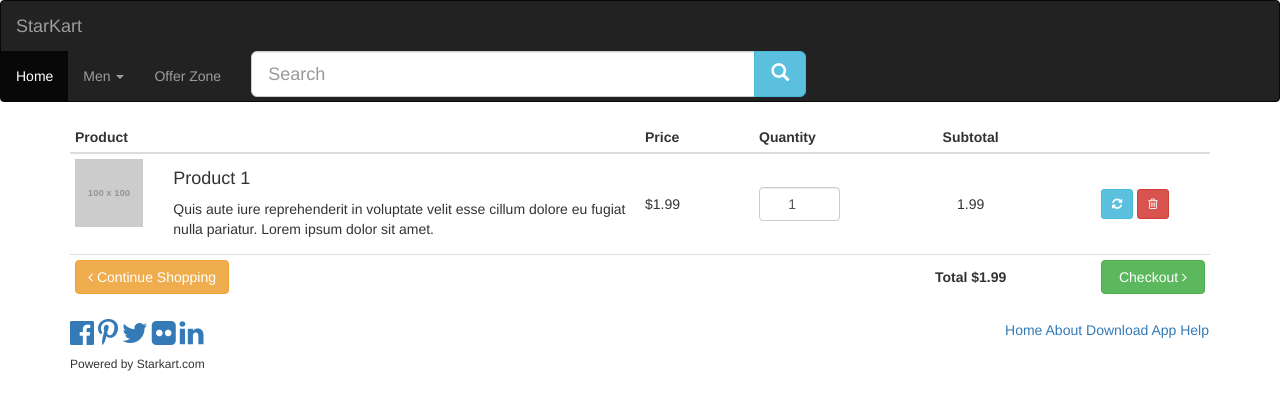
Repository: ravisudharsan/StarKart
Page: http://localhost/StarkartFrontend/WEB-INF/views/checkout.jsp
These files come from the project's save history. The page is drawn as it stood at one moment and after the next save; the edit follows.
The browser window is 1280 px wide. The pictures show the whole page.
Some web libraries are served in a nearby version. The page is served by Tomcat 9. Nobody is signed in. The template is opened directly, without the code that normally fills it, so the values that code supplies are empty.

Above is the page before, as saved 2016-10-26 03:46:20.

After the next save:
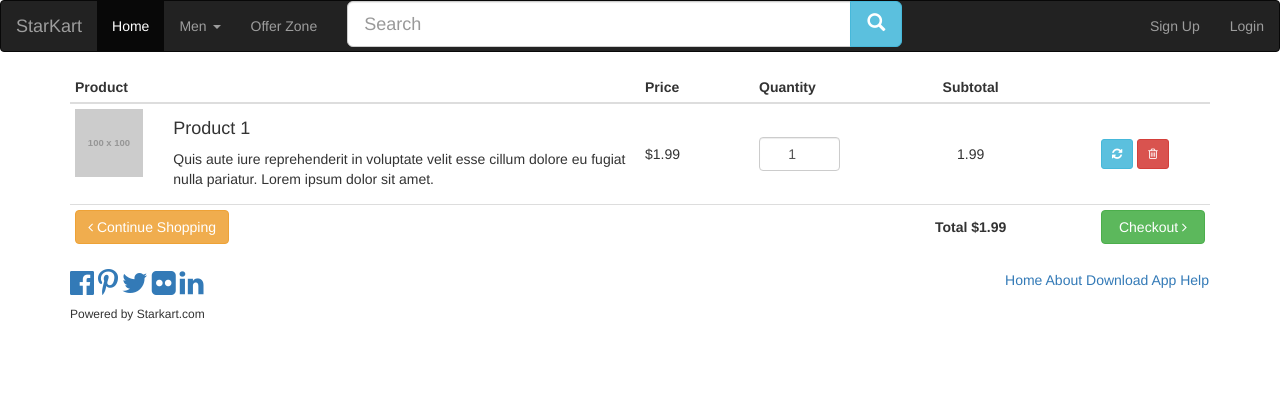
Saved 7 min 24 s later.
--- a/StarkartFrontend/src/main/webapp/WEB-INF/views/header.jsp
+++ b/StarkartFrontend/src/main/webapp/WEB-INF/views/header.jsp
@@ -15,38 +15,24 @@
   <div class="container-fluid">
     <div class="navbar-header">
       <a class="navbar-brand" href="#">StarKart</a>
-    </div></div>
+    </div>
     <ul class="nav navbar-nav">
       <li class="active"><a href="#">Home</a></li>
-<style>
-.dropdown {
-    position: relative;
-    display: inline-block;
-}
-
-.dropdown-content {
-    display: none;
-    position: absolute;
-    background-color: #f9f9f9;
-    min-width: 160px;
-    box-shadow: 0px 8px 16px 0px rgba(0,0,0,0.2);
-    padding: 12px 16px;
-}
-
-.dropdown:hover .dropdown-content {
-    display: block;
-}
-</style>
-      <li class="dropdown"><a class="dropdown-toggle" data-toggle="dropdown" href="#">Men <span class="caret"></span></a></li>
+      <li class="dropdown"><a class="dropdown-toggle" data-toggle="dropdown" href="#">Men <span class="caret"></span></a>
         <ul class="dropdown-menu">
           <li><a href="#">Blazzers</a></li>
           <li><a href="#">T-Shirts</a></li>
                <li><a href="#">Shirt</a></li>
                    <li><a href="#">Trouser</a></li>
-                          </ul>
-      <li> <a href="#">Offer Zone</a></li>
+
+        </ul>
+      </li>
+      <li><a href="#">Offer Zone</a></li>
     </ul>
-
+    <ul class="nav navbar-nav navbar-right">
+      <li><a href="register"><span class="file:///C:/Users/Rudy/Desktop/project1%20-%20Copy.html"></span> Sign Up</a></li>
+      <li><a href="login"><span class="file:///C:/Users/Rudy/Desktop/project.html"></span> Login</a></li>
+    </ul>
 <div class="container">
 	<div class="row">
         <div class="col-md-6">
@@ -58,7 +44,7 @@
                             <i class="glyphicon glyphicon-search"></i>
                         </button>
                     </span>
-             </div></div></div>   </div>
+                </div>
   </div>
 </nav>
 
